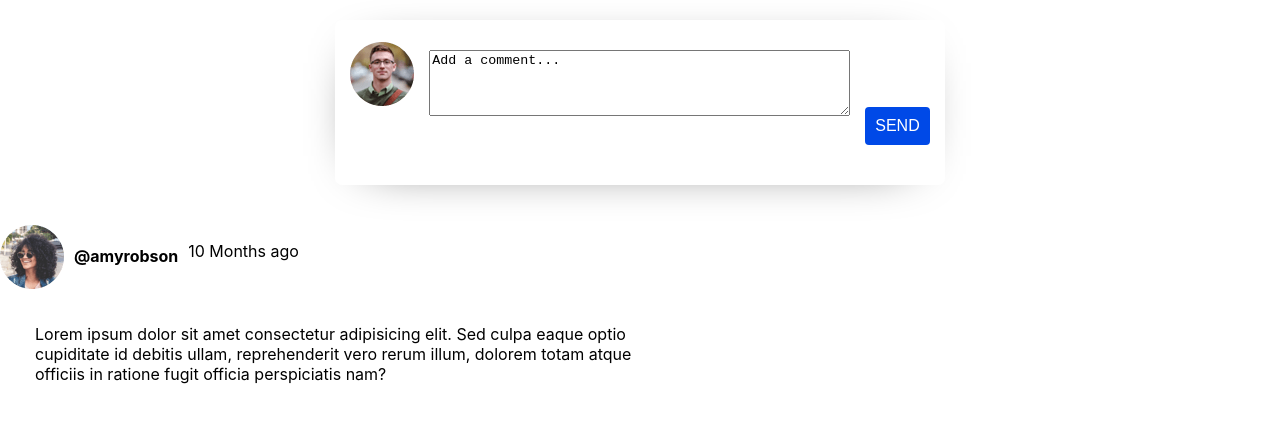
Repository: badhon252/interactive-comments-section
Page: /
An editor plug-in stored every save of this project. The page is shown before and after the next save, followed by the edit.
The browser window is 1280 px wide. The pictures show the whole page.
The project was rebuilt for these pictures with package versions that can differ from the ones it lists, and the page was loaded fresh each time.

Above is the page before, as saved 2022-01-27 22:10:31.

After the next save:
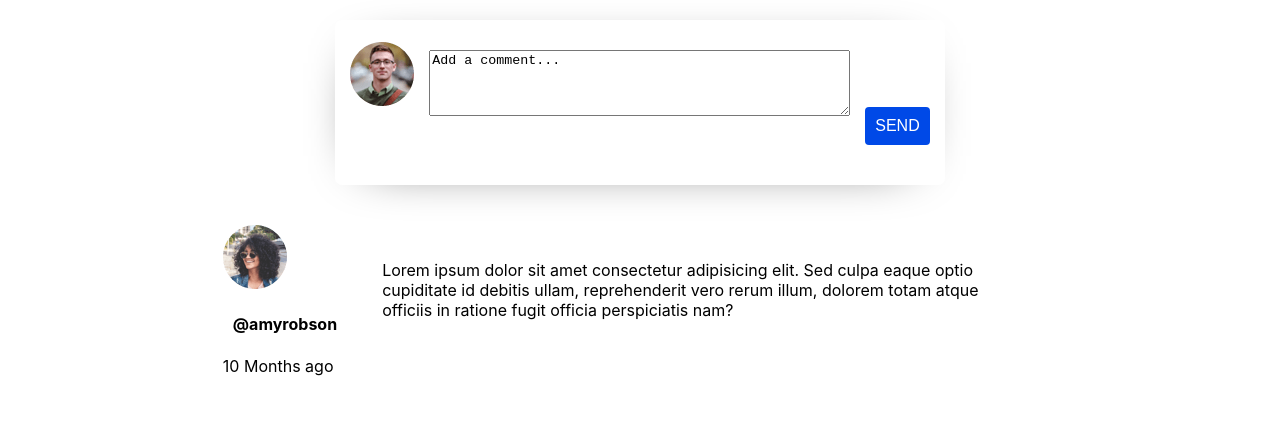
Saved 5 s later.
--- a/src/App.css
+++ b/src/App.css
@@ -41,9 +41,9 @@ textarea {
 .comments {
   margin: 20px 0;
   justify-content: center;
+  display: flex;
 }
 .profile-info {
-  display: flex;
 }
 .random-img {
   max-width: 100%;
